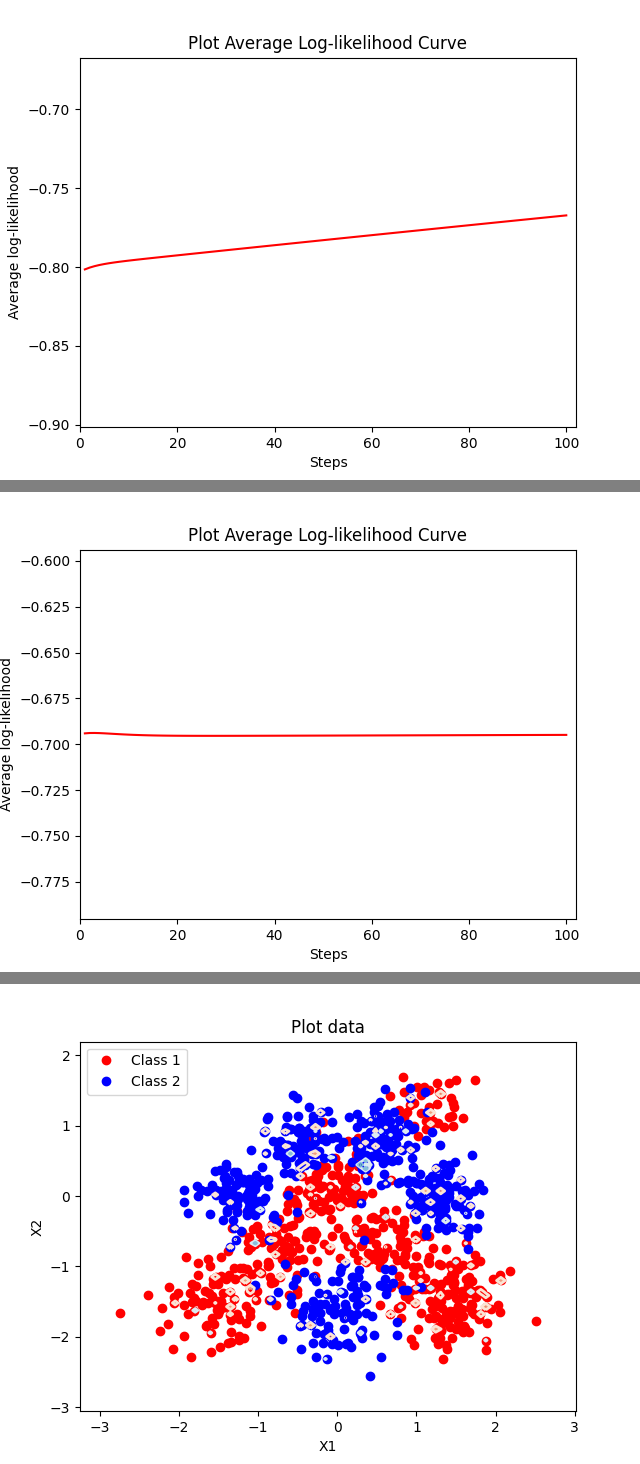
Repository: DhruvTrehan03/3F8
Script's output: python Lab.py
These files come from the project's save history. The script's output is drawn as it stood at one moment and after the next save; the edit follows.
Each picture stacks the figures in order, with grey between them; figures that are only written to a file come last. Random numbers start from a fixed seed.

Above is the script's output before, as saved 2024-02-16 12:48:57.

After the next save:
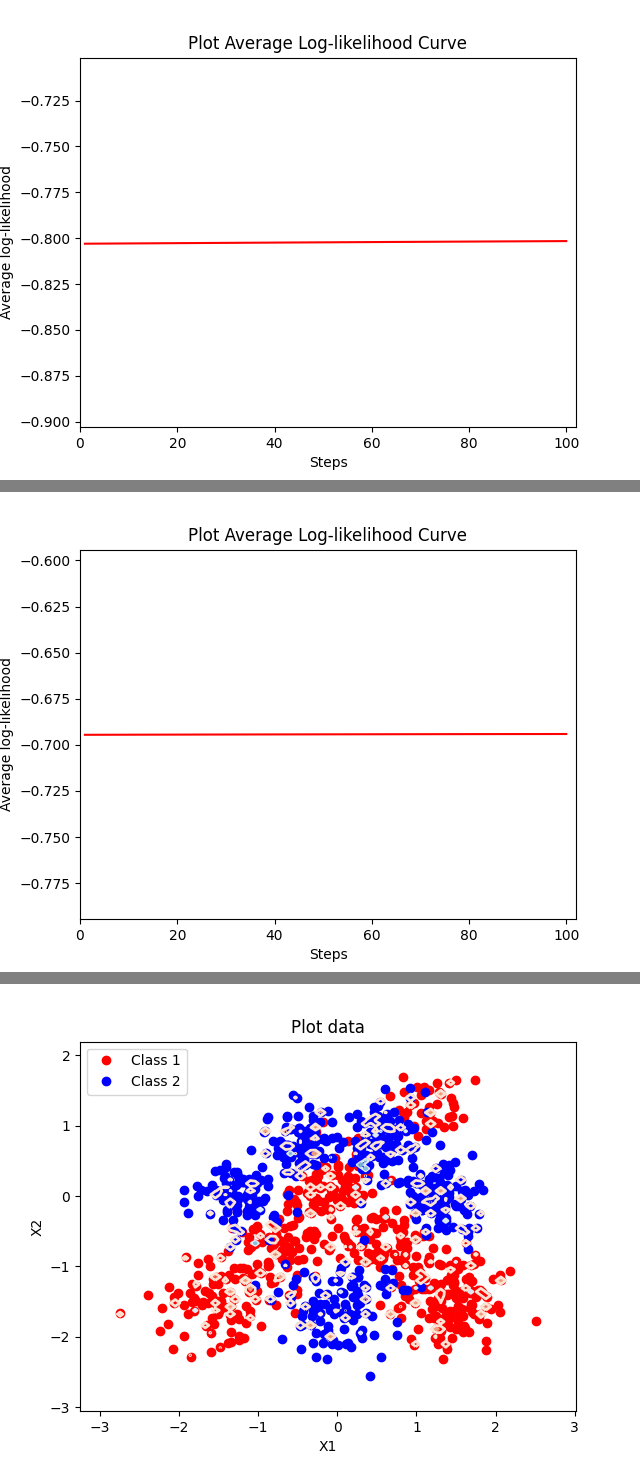
Saved 44 s later.
--- a/Lab.py
+++ b/Lab.py
@@ -131,7 +131,7 @@
 
 # We train the new classifier on the feature expanded inputs
 
-alpha = 0.001 # Learning rate for gradient-based optimisation with basis functions. To be completed by the student
+alpha = 0.00001 # Learning rate for gradient-based optimisation with basis functions. To be completed by the student
 n_steps = 100 # Number of steps of gradient-based optimisation with basis functions. To be completed by the student
 
 w, ll_train, ll_test = fit_w(X_tilde_train, y_train, X_tilde_test, y_test, n_steps, alpha)

After the save that followed:
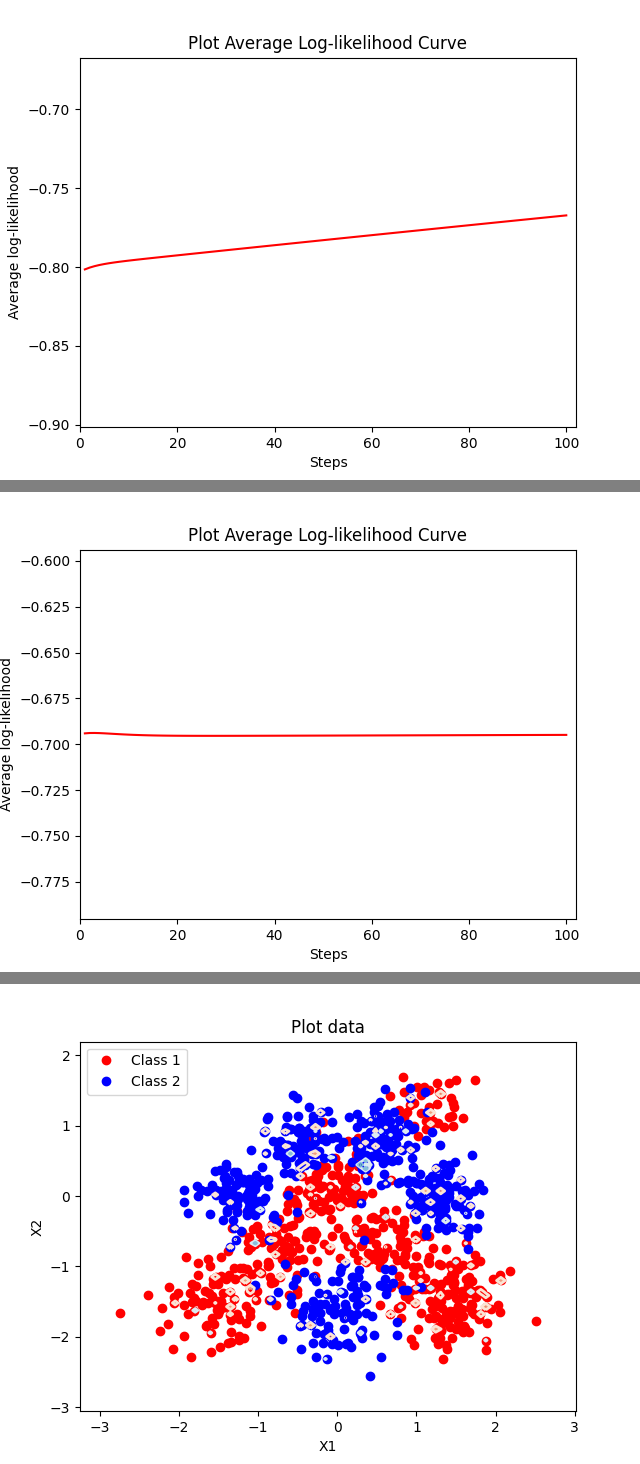
Saved 10 s later.
--- a/Lab.py
+++ b/Lab.py
@@ -131,7 +131,7 @@
 
 # We train the new classifier on the feature expanded inputs
 
-alpha = 0.00001 # Learning rate for gradient-based optimisation with basis functions. To be completed by the student
+alpha = 0.001 # Learning rate for gradient-based optimisation with basis functions. To be completed by the student
 n_steps = 100 # Number of steps of gradient-based optimisation with basis functions. To be completed by the student
 
 w, ll_train, ll_test = fit_w(X_tilde_train, y_train, X_tilde_test, y_test, n_steps, alpha)
